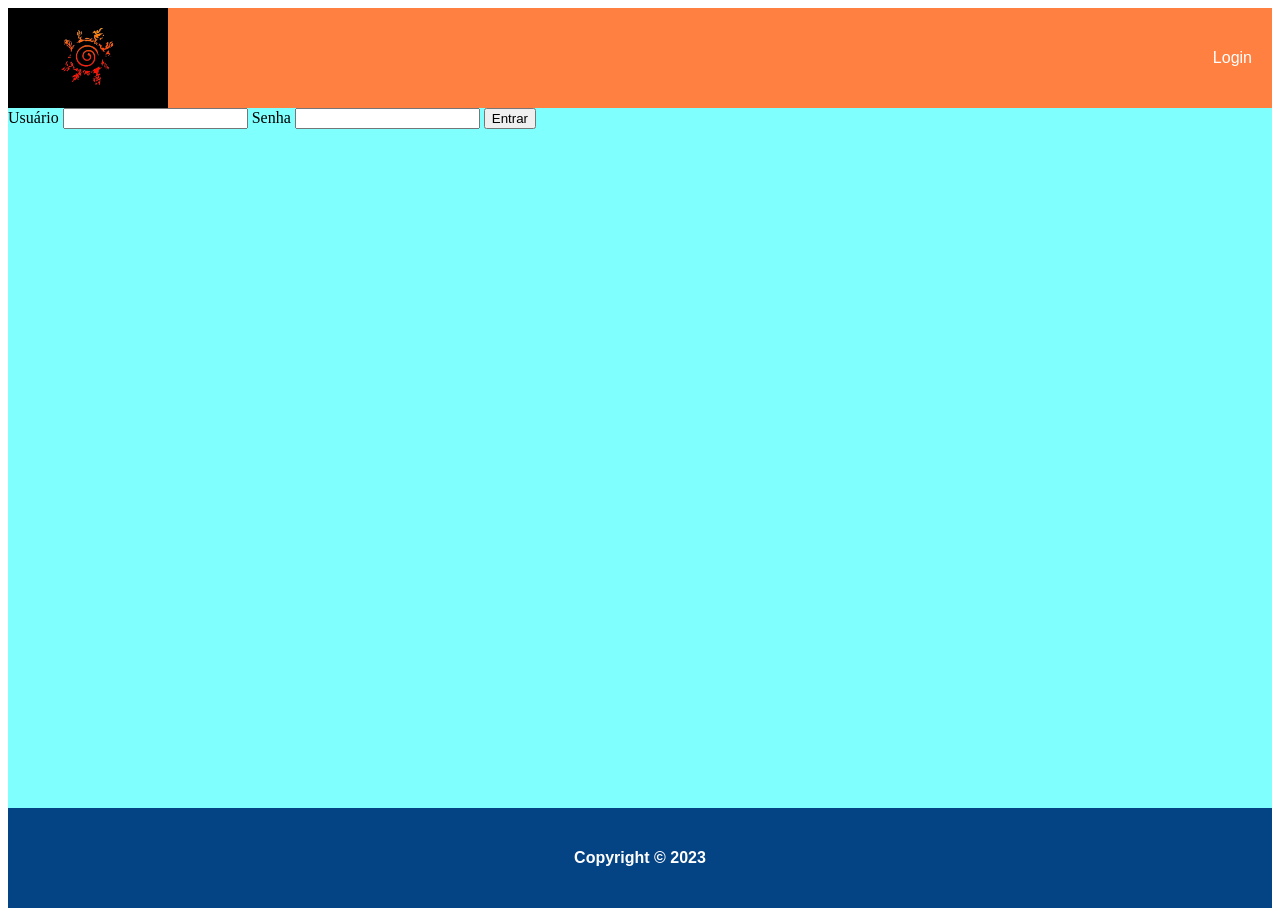
Repository: Jvmferreira/projeto-final-
Page: http://localhost/FinalWeb/
The author's editor kept a copy of each file at every save. The page is drawn from the files as they stood at one save, then again after the next save.
The browser window is 1280 px wide. The pictures show the whole page.
The page is served by Tomcat 9.

Above is the page before, as saved 2023-04-12 11:11:11.

After the next save:
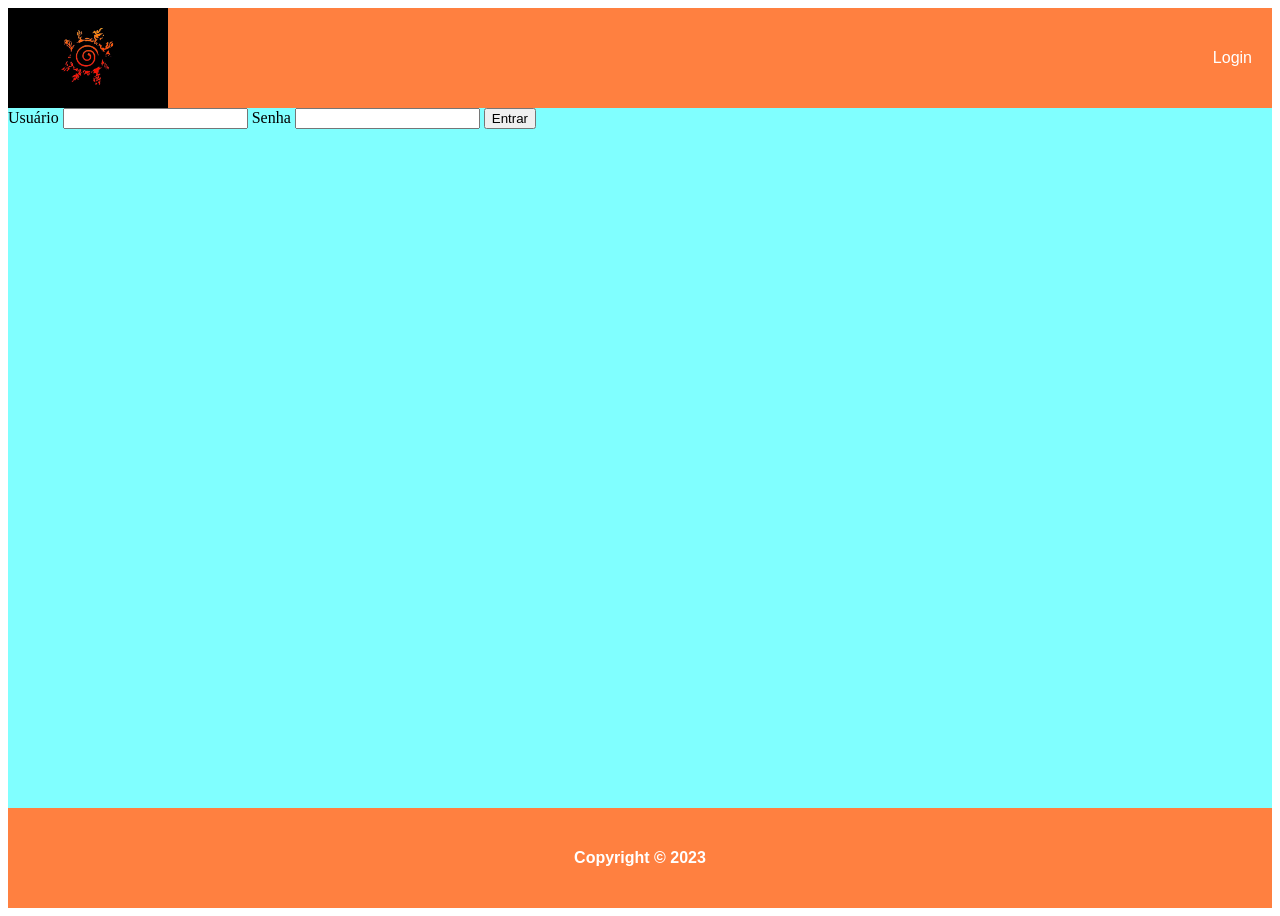
Saved 26 s later.
--- a/FinalWeb/src/main/webapp/css/estilo.css
+++ b/FinalWeb/src/main/webapp/css/estilo.css
@@ -34,7 +34,7 @@
 #rodape {
 	display: flex;
 	height: 100px;
-	background-color: #044384;
+	background-color: rgb(255, 128, 64);
 	color: white;
 	justify-content: center;
 	font-family: Arial;
